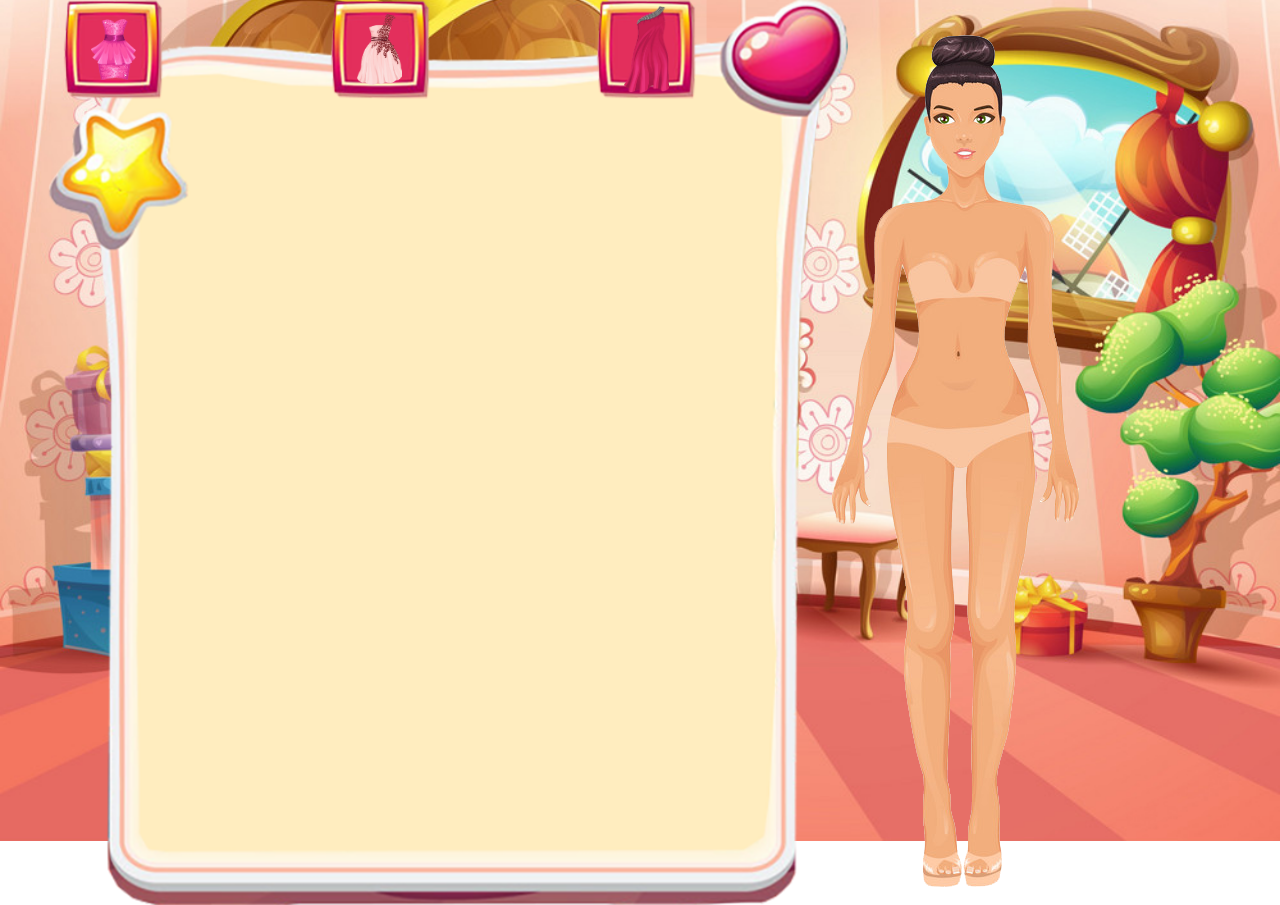
Repository: bunbubam/GameThayDoReactjs_NguyenKhacNghia
Page: /
These files come from the project's save history. The page is drawn as it stood at one moment and after the next save; the edit follows.
The browser window is 1280 px wide. The pictures show the whole page.
The project was rebuilt for these pictures with package versions that can differ from the ones it lists, and the page was loaded fresh each time.

Above is the page before, as saved 2022-03-30 15:51:24.

### public/index.html
<!doctype html>
<html lang="en">
  <head>
    <title>GameThaydo</title>
    <!-- Required meta tags -->
    <meta charset="utf-8">
    <meta name="viewport" content="width=device-width, initial-scale=1, shrink-to-fit=no">

    <!-- Bootstrap CSS -->
    <link rel="stylesheet" href="https://stackpath.bootstrapcdn.com/bootstrap/4.3.1/css/bootstrap.min.css" integrity="sha384-ggOyR0iXCbMQv3Xipma34MD+dH/1fQ784/j6cY/iJTQUOhcWr7x9JvoRxT2MZw1T" crossorigin="anonymous">
  </head>
  <body>
    <div id="root"></div>
    <!-- Optional JavaScript -->
    <!-- jQuery first, then Popper.js, then Bootstrap JS -->
    <script src="https://code.jquery.com/jquery-3.3.1.slim.min.js" integrity="sha384-q8i/X+965DzO0rT7abK41JStQIAqVgRVzpbzo5smXKp4YfRvH+8abtTE1Pi6jizo" crossorigin="anonymous"></script>
    <script src="https://cdnjs.cloudflare.com/ajax/libs/popper.js/1.14.7/umd/popper.min.js" integrity="sha384-UO2eT0CpHqdSJQ6hJty5KVphtPhzWj9WO1clHTMGa3JDZwrnQq4sF86dIHNDz0W1" crossorigin="anonymous"></script>
    <script src="https://stackpath.bootstrapcdn.com/bootstrap/4.3.1/js/bootstrap.min.js" integrity="sha384-JjSmVgyd0p3pXB1rRibZUAYoIIy6OrQ6VrjIEaFf/nJGzIxFDsf4x0xIM+B07jRM" crossorigin="anonymous"></script>
  </body>
</html>

### src/App.js
import logo from './logo.svg';
import './App.css';
import Dress from './gamethaydo/dress';

function App() {
  return (
    <Dress></Dress>
  );
}

export default App;

### src/App.css
body {
    background: url(gamethaydo/images/dress-room.jpg) no-repeat;
    background-position: 50% 53%;
    background-size: cover;
}
.dress-main .row {height: 100vh;}
.girl img {
    position: absolute;
    bottom: 2%;
    left: 30%;
}
.clothing-box  .row{
    background: url(gamethaydo/images/box.png) no-repeat;
    background-position: 50% 50%;
    background-size: cover;
    width: 800px;
    height: 905px;
}
.clothing-item {
    /* position: absolute; */
    top: 0;
    left: 0;
    background: url(gamethaydo/images/menu.png) no-repeat;
    width: 100px;
    height: 99px;
}
.clothing-item img {width: 45%;}

### src/gamethaydo/dress.js
import React, {Component} from 'react';
import Girl from './images/girl.png';
import Clothing1 from './images/trangphuc1.png';
import Clothing2 from './images/trangphuc2.png';
import Clothing3 from './images/trangphuc3.png';
import Clothing4 from './images/trangphuc4.png';
import Clothing5 from './images/trangphuc5.png';
import Clothing6 from './images/trangphuc6.png';
import Clothing7 from './images/trangphuc7.png';
import Clothing8 from './images/trangphuc8.png';
import Clothing9 from './images/trangphuc9.png';
import Clothing10 from './images/trangphuc10.png';

class Dress extends Component {
    state = {
        girl : Girl,
        clothing : Girl

    }
changeClothing = (imgs) => {
        return(
            this.setState({
                clothing : imgs
            })
        )
    }
    render() {
        return(
            <div className='container-fluid'>
                <div className='dress-main'>
                    <div className='row'>
                        <div className='col-12 col-xl-6 block-left'>
                            <div className='clothing-box ml-md-5'>
                                <div className='row position-relative'>
                                    <div className='col-12 col-xl-4'>
                                        <div className='clothing-item d-flex flex-direction-row justify-content-center align-items-center'>
                                            <img onClick={()=>this.changeClothing(Clothing1)} src={require('./images/trangphuc1.png')} className='img-fluid'/>
                                        </div>
                                    </div>
                                    <div className='col-12 col-xl-4'>
                                        <div className='clothing-item d-flex flex-direction-row justify-content-center align-items-center'>
                                            <img onClick={()=>this.changeClothing(Clothing2)} src={require('./images/trangphuc2.png')} className='img-fluid'/>
                                        </div>
                                    </div>
                                    <div className='col-12 col-xl-4'>
                                        <div className='clothing-item d-flex flex-direction-row justify-content-center align-items-center'>
                                            <img onClick={()=>this.changeClothing(Clothing3)} src={require('./images/trangphuc3.png')} className='img-fluid'/>
                                        </div>
                                    </div>
                                </div>
                            </div>
                        </div>
                        <div className='col-12 col-xl-6 block-right position-relative'>
                            <div className='girl'>
                                <img src={this.state.girl} className='img-fluid'/>
                                <img src={this.state.clothing} className='img-fluid'/>
                            </div>
                        </div>
                    </div>
                </div>
            </div>
        )
    };
}
export default Dress;

Loaded but not shown: src/index.js (common file); src/index.css (common file); src/reportWebVitals.js (common file)

After the next save:
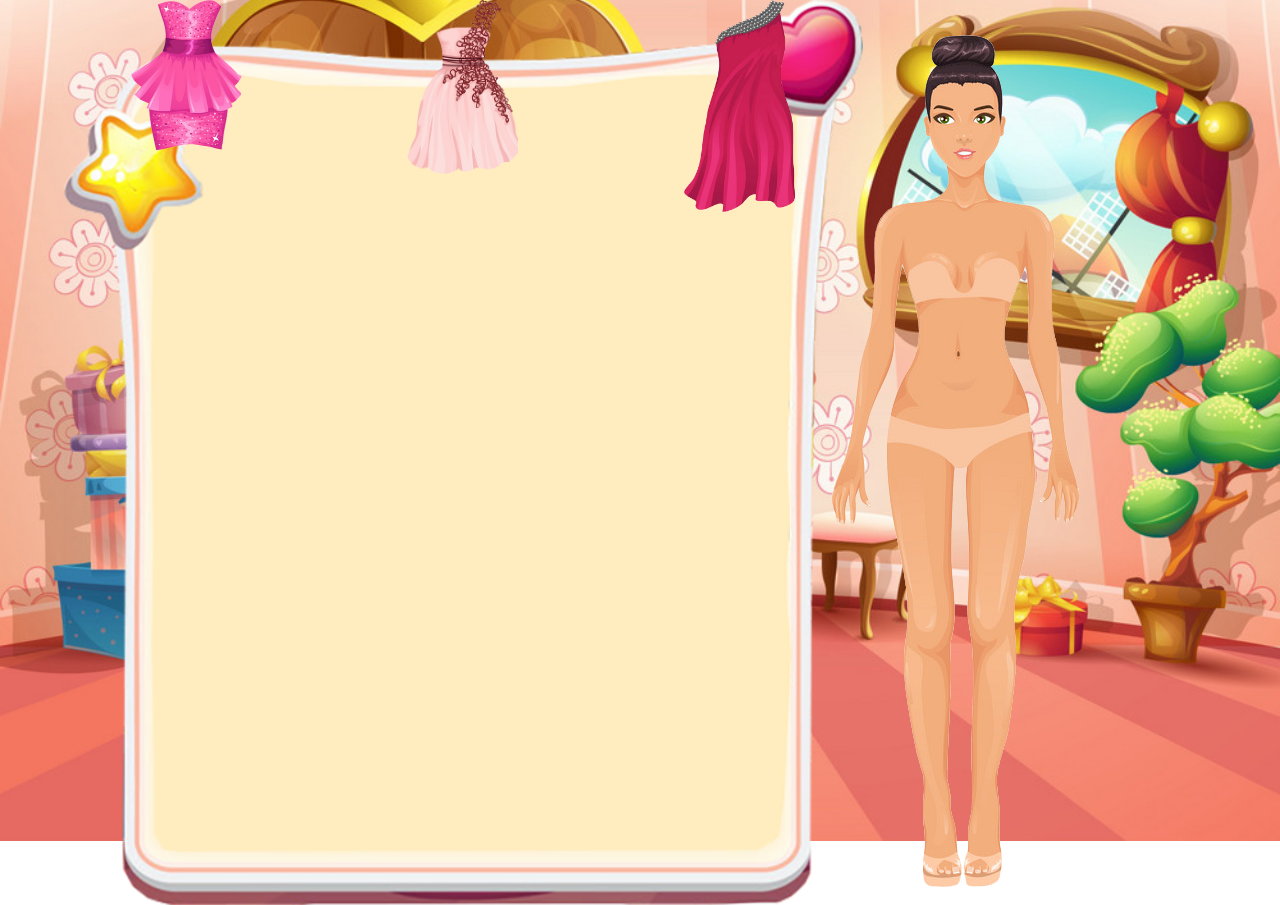
Saved 22 s later.
--- a/src/App.css
+++ b/src/App.css
@@ -9,19 +9,11 @@ body {
     bottom: 2%;
     left: 30%;
 }
-.clothing-box  .row{
+.clothing-box {
     background: url(gamethaydo/images/box.png) no-repeat;
     background-position: 50% 50%;
     background-size: cover;
     width: 800px;
     height: 905px;
 }
-.clothing-item {
-    /* position: absolute; */
-    top: 0;
-    left: 0;
-    background: url(gamethaydo/images/menu.png) no-repeat;
-    width: 100px;
-    height: 99px;
-}
 .clothing-item img {width: 45%;}
